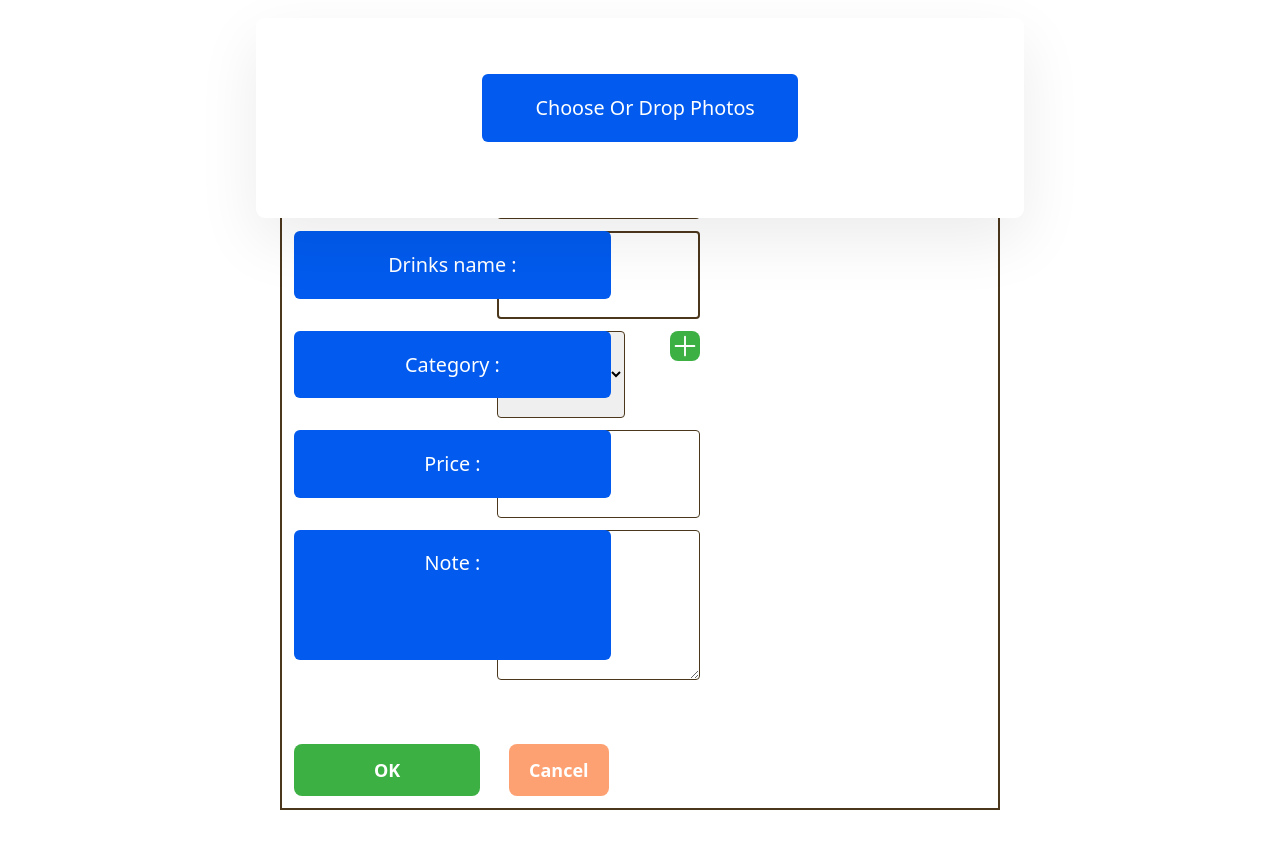
Repository: Dapravith/Midterm-SE-GIC-Cafe-Project-Group16
Page: src/main/resources/templates/addDrink.html
The author's editor kept a copy of each file at every save. The page is drawn from the files as they stood at one save, then again after the next save.
The browser window is 1280 px wide. The pictures show the whole page.
Some web libraries are served in a nearby version.

Above is the page before, as saved 2023-05-16 22:21:29.

### src/main/resources/templates/addDrink.html
<!DOCTYPE html>
<html lang="en">

<head>
    <meta charset="UTF-8">
    <meta http-equiv="X-UA-Compatible" content="IE=edge">
    <meta name="viewport" content="width=device-width, initial-scale=1.0">
    <title>Add New Drink</title>
    <script src="https://cdn.tailwindcss.com"></script>
    <style>
        * {
            margin: 0;
            padding: 0;
            box-sizing: border-box;
        }

        button:hover {
            box-shadow: 0 13px 18px 0 rgba(151, 208, 27, 0.24), 0 19px 50px 0 rgba(238, 227, 21, 0.19);
        }

        .images {
            background-color: #ffffff;
            width: 60%;
            min-width: 37.5em;
            padding: 3.12em 1.87em;
            position: absolute;
            transform: translateX(-50%);
            left: 50%;
            top: 1em;
            box-shadow: 0 1.25em 3.43em rgba(0, 0, 0, 0.08);
            border-radius: 0.5em;
        }

        input[type="file"] {
            display: none;
        }

        label {
            display: block;
            position: relative;
            background-color: #025bee;
            color: #ffffff;
            font-size: 1.1em;
            text-align: center;
            width: 16em;
            padding: 1em 0;
            border-radius: 0.3em;
            margin: 0 auto 1em auto;
            cursor: pointer;
        }

        #image-display {
            position: relative;
            width: 90%;
            margin: 0 auto;
            display: flex;
            justify-content: space-evenly;
            gap: 1.25em;
            flex-wrap: wrap;
        }

        #image-display figure {
            width: 45%;
        }

        #image-display img {
            width: 100%;
        }

        #image-display figcaption {
            font-size: 0.8em;
            text-align: center;
            color: #5a5861;
        }

        .active {
            border: 0.2em dashed #025bee;
        }

        #error {
            text-align: center;
            color: #ff3030;
        }
    </style>
</head>

<body class="m-10 text-lg">
    <!-- Crud PRODUCTS -->
    <div class="new_drink w-[60%] h-fit m-auto  border-[2px] border-solid border-[#4B371C] ">
        <div class="head p-3">
            <h2>New Drinks</h2>
        </div>
        <div class="w-[100%] border-[1px] border-solid border-[#4B371C]"></div>
        <div class="flex">
            <div class="add_drink w-[60%]">
                <div class="py-3 ">
                    <form action="#" class="p-3 ">
                        <div class="mt-3 grid grid-cols-2">
                            <label class="mr-5" for="dcode">Drinks code :</label>
                            <input type="text" id="dcode" name="" class="p-1 border-[2px] border-solid border-[#4B371C] rounded" placeholder="">
                        </div>
                        <div class="mt-3 grid grid-cols-2">
                            <label class="mr-5" for="dname">Drinks name :</label>
                            <input type="text" id="dname" name="" class="p-1 border-[2px] border-solid border-[#4B371C] rounded" placeholder="">
                        </div>
                        <div class="mt-3 grid grid-cols-2">
                            <label class="mr-5" for="category">Category :</label>
                            <div class="flex justify-between">
                                <select type="add-item" id="category" name="" class="p-1 border-[1px] border-solid border-[#4B371C] rounded" placeholder="">
                                    <option value="1">Hot Drinks</option >
                                    <option value="2" >Cool Drinks</option >
                                    <option value="3" >Frappe</option >
                                    <option value="4" >Food</option >
                                </select>
                                <button id="add_category" class=" w-fit h-fit bg-[#3CB043] text-center text-white font-bold cursor-pointer duration-100 rounded-lg">
                                    <svg xmlns="http://www.w3.org/2000/svg" fill="none" viewBox="0 0 24 24" stroke-width="1.5" stroke="currentColor" class="w-[30px] h-[30px] " onclick="showPopup()">
                                        <path stroke-linecap="round" stroke-linejoin="round" d="M12 4.5v15m7.5-7.5h-15" />
                                    </svg>
                                </button>

                            </div>

                        </div>

                        <div class="mt-3 grid grid-cols-2">
                            <label class="mr-5" for="price">Price :</label>
                            <input name="" min="0" type="number" id="price" class="p-1 border-[1px] border-solid border-[#4B371C] rounded" placeholder="">
                        </div>
                        <div class="mt-3 grid grid-cols-2">
                            <label class="mr-5" for="note">Note :</label>
                            <textarea id="note" cols="50" rows="5" name="" class="p-1 w-full border-[1px] border-solid border-[#4B371C] rounded resize-x"> </textarea>
                        </div>
                    </form>
                </div>
                <br />
                <div>
                    <button class=" py-3 bg-[#3CB043] text-center text-white font-bold px-20 m-3 inline-block cursor-pointer duration-100 rounded-lg">OK</button>
                    <button class=" py-3 px-5 bg-[#FDA172] text-center text-white  font-bold p-3 m-3 inline-block cursor-pointer duration-100 rounded-lg">Cancel</button>
                </div>
            </div>
            <div class="images">
                <input type="file" id="upload-button" multiple accept="image/*" />
                <label for="upload-button"><i class="fa-solid fa-upload"></i>&nbsp; Choose Or Drop Photos
                </label>
                <div id="error"></div>
                <div id="image-display"></div>
            </div>
        </div>
    </div>
    </div>
    <!-- ADD NEW CATEGORY -->
    <div class="popup w-[100vw] h-[100vh] absolute top-[0] left-[0] bg-[#f1f1f199] hidden z-[100]">
        <main class="w-[20rem] absolute top-[50%] left-[50%] translate-x-[-50%] translate-y-[-50%]">
            <div class="none w-full h-fit m-auto  border-[2px] border-solid border-[#4B371C]">
                <div class="head p-3">
                    <h2>New Category</h2>
                </div>
                <div class="w-[100%] border-[1px] border-solid border-[#4B371C]"></div>
                <div class=" ">
                    <form action="#" class="add_category p-3">
                        <div class="mt-3 grid grid-cols-2">
                            <label for="gcode">Category code :</label>
                            <input type="text" id="dcode" name="" class="category_code border-[1px] border-solid border-[#4B371C] rounded" placeholder="" required>
                        </div>
                        <div class="mt-3 grid grid-cols-2">
                            <label for="gname">Category name :</label>
                            <input type="text" id="gname" name="" class="category_name border-[1px] border-solid border-[#4B371C] rounded" placeholder="" required>
                        </div>
                        <br />
                        <div class="flex">
                            <input id="okay" type="submit" value="OK" class=" py-3 bg-[#3CB043] text-center font-bold text-white px-16 in m-3 p-3 line-block cursor-pointer duration-100 rounded-lg">
                            <button class="cancel py-3 px-5 bg-[#FDA172] text-center font-bold text-white p-3 m-3 inline-block cursor-pointer duration-100 rounded-lg">Cancel</button>
                        </div>
                    </form>
                </div>
            </div>
        </main>

    </div>
    <script>
        const addNewCat = document.getElementById("add_category");
        const popup = document.querySelector(".popup");
        const form_add_category = document.querySelector(".add_category ");

        addNewCat.addEventListener("click", showPopup);

        function showPopup() {
            popup.classList.remove('hidden')
        }

        form_add_category.addEventListener("submit", () => {
            clear()
            popup.classList.add('hidden')
        });

        document.querySelector('.cancel').addEventListener('click', () => {
            clear()
            popup.classList.add('hidden')
        })

        popup.addEventListener('click', (e) => {
            const target = e.target;

            if (target.classList.contains('popup')) {
                popup.classList.add('hidden')
            }
        })

        const clear = () => {
            document.querySelector('.category_name').value = ""
            document.querySelector('.category_code').value = ""
        }
    </script>
</body>

</html>

After the next save:
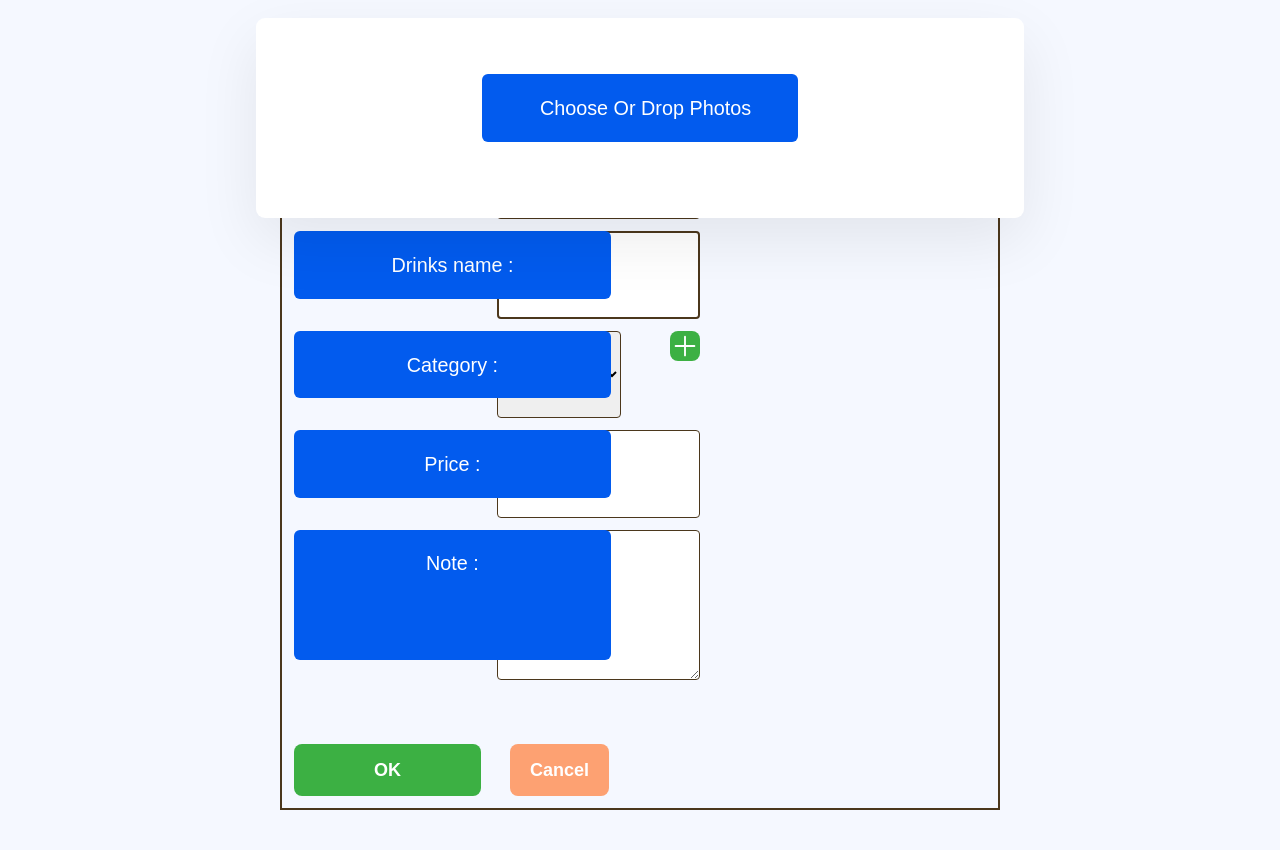
Saved 63 s later.
--- a/src/main/resources/templates/addDrink.html
+++ b/src/main/resources/templates/addDrink.html
@@ -9,13 +9,18 @@
     <script src="https://cdn.tailwindcss.com"></script>
     <style>
         * {
+            padding: 0;
             margin: 0;
-            padding: 0;
             box-sizing: border-box;
+            font-family: "Poppins", sans-serif;
         }
 
         button:hover {
             box-shadow: 0 13px 18px 0 rgba(151, 208, 27, 0.24), 0 19px 50px 0 rgba(238, 227, 21, 0.19);
+        }
+
+        body {
+            background-color: #f5f8ff;
         }
 
         .images {
